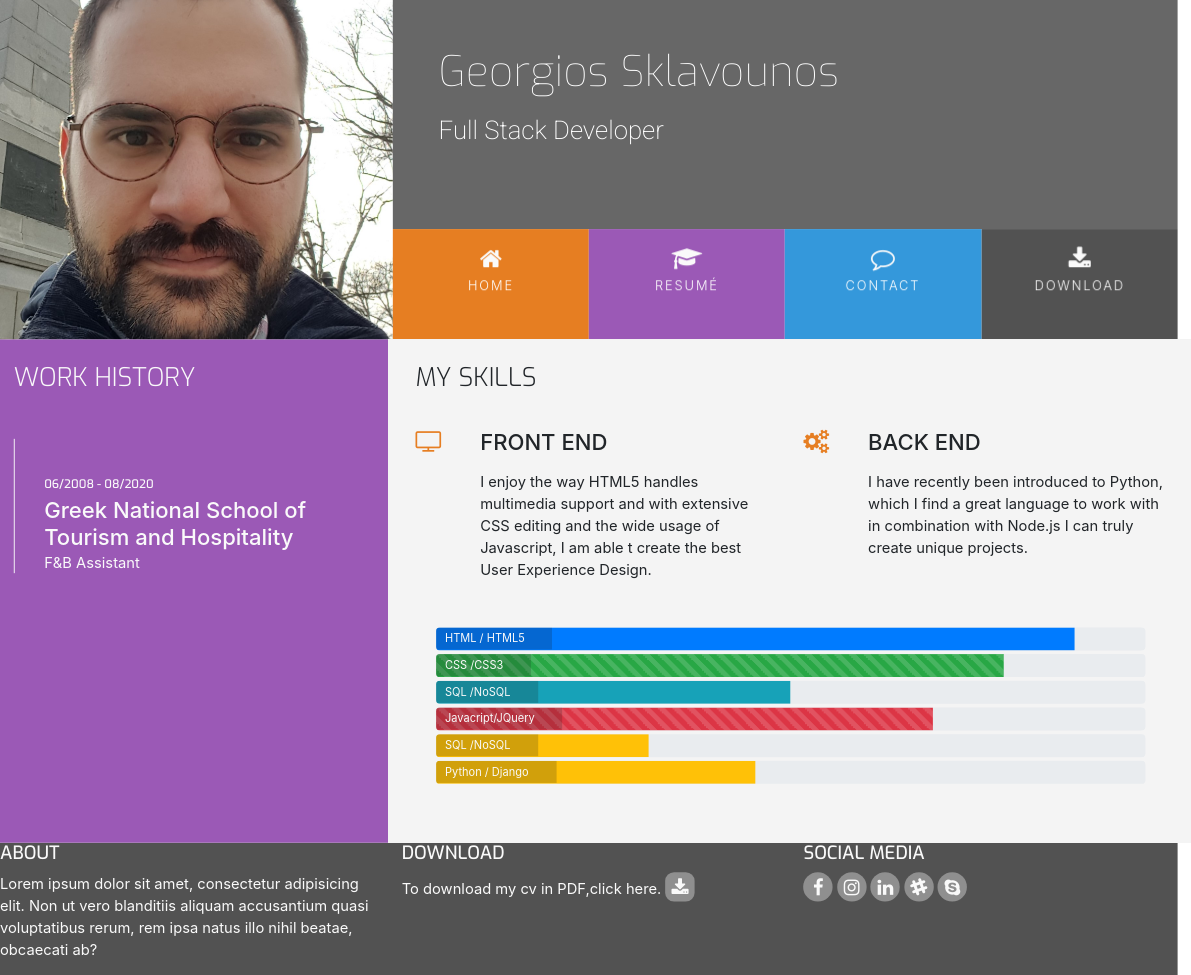
Repository: GeorgiosSklav/MyResume
Page: resume.html
The author's editor kept a record of every edit. The page is drawn from the files as they stood at one moment, then again after the next edit.
The browser window is 1280 px wide. The page is 1295 px wide, so the pictures cover 1295 px, including what lies to the right of the window. The pictures show the whole page, at 92% of full size.

Above is the page before.

After the next edit:
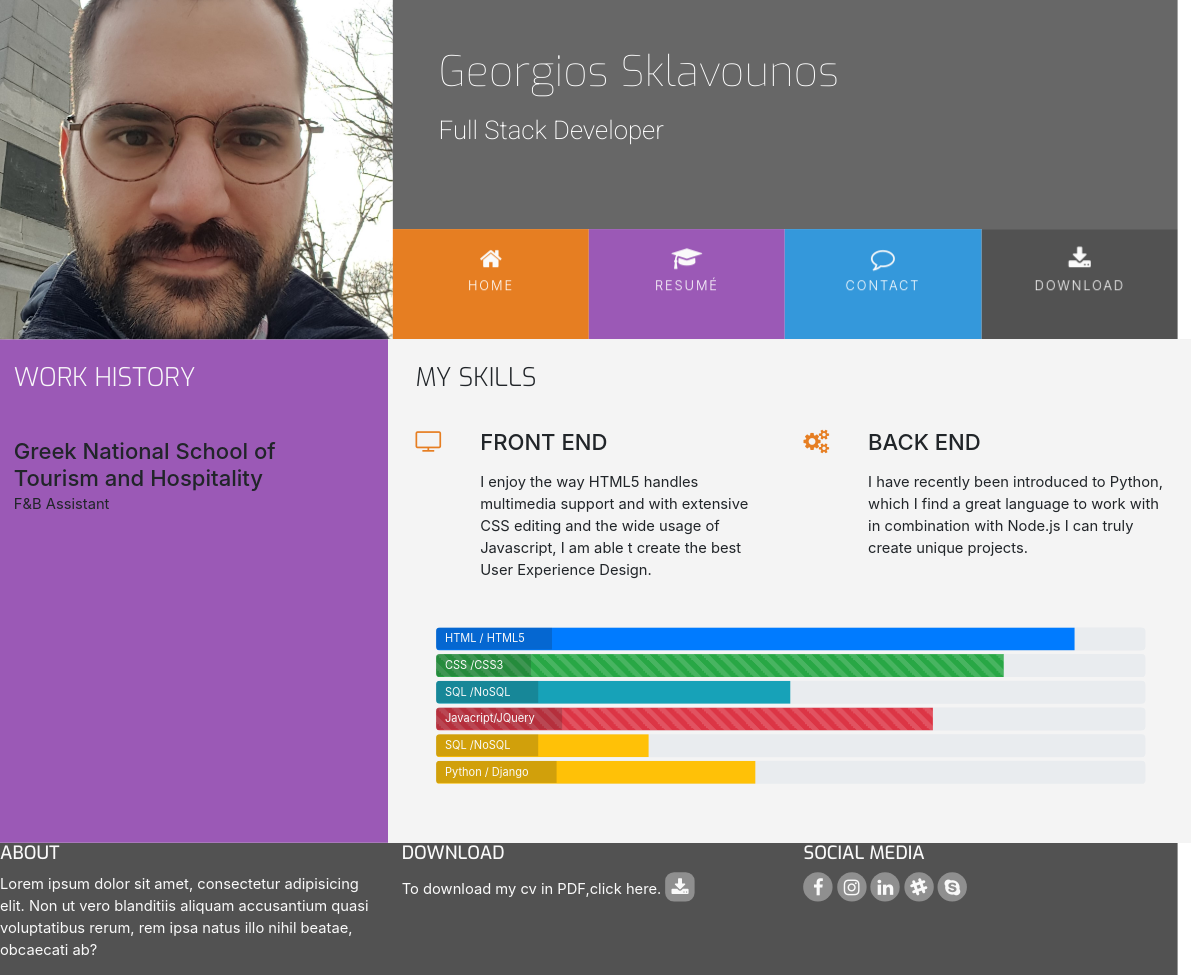
The edit:
--- a/resume.html
+++ b/resume.html
@@ -53,7 +53,7 @@
                         <h3 class="history-heading uppercase">Work History</h3>
                     </div>
                 </div>
-                <div class="timeline-item" data-dates="06/2008 - 08/2020">
+                <div class="timeline - item" data-dates="06/2008 - 08/2020">
                     <h4>Greek National School of Tourism and Hospitality</h4>
                     <p>F&B Assistant</p>
                 </div>

After the 2 edits that followed:
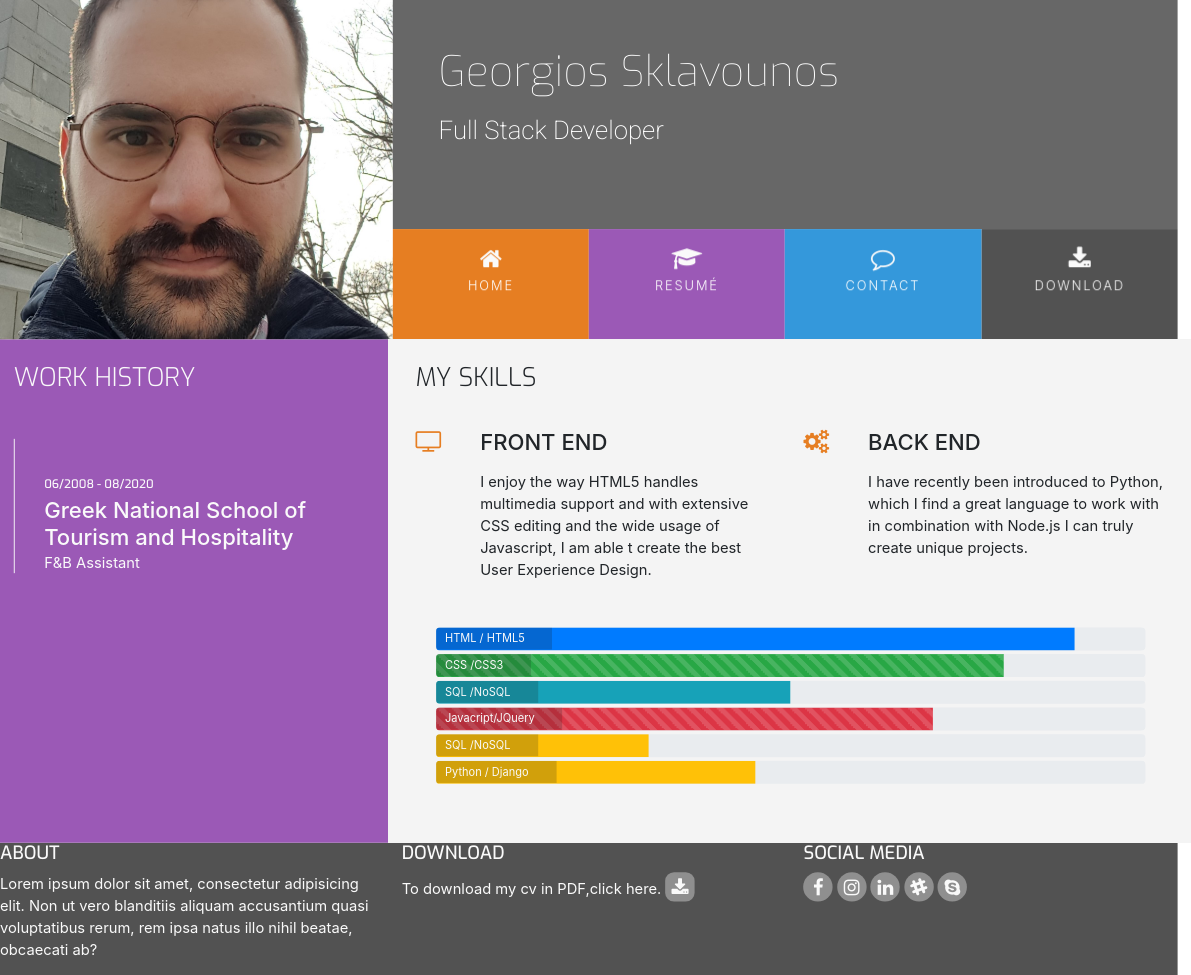
The 2 edits are shown as one change because 1 left the picture as it was.
The edit:
--- a/resume.html
+++ b/resume.html
@@ -53,7 +53,7 @@
                         <h3 class="history-heading uppercase">Work History</h3>
                     </div>
                 </div>
-                <div class="timeline - item" data-dates="06/2008 - 08/2020">
+                <div class="timeline-item" data-dates="06/2008 - 08/2020">
                     <h4>Greek National School of Tourism and Hospitality</h4>
                     <p>F&B Assistant</p>
                 </div>
@@ -72,8 +72,7 @@
                             </div>
                             <div class="col-10">
                                 <h4 class="three-reason-heading uppercase">Front End</h4>
-                                <p>I enjoy the way HTML5 handles multimedia support and with extensive CSS editing and the wide usage of Javascript,
-                                I am able t create the best User Experience Design.</p>
+                                <p>I enjoy the way HTML5 handles multimedia support and with extensive CSS editing and the wide usage of Javascript, I am able t create the best User Experience Design.</p>
                             </div>
                         </div>
                     </div>
